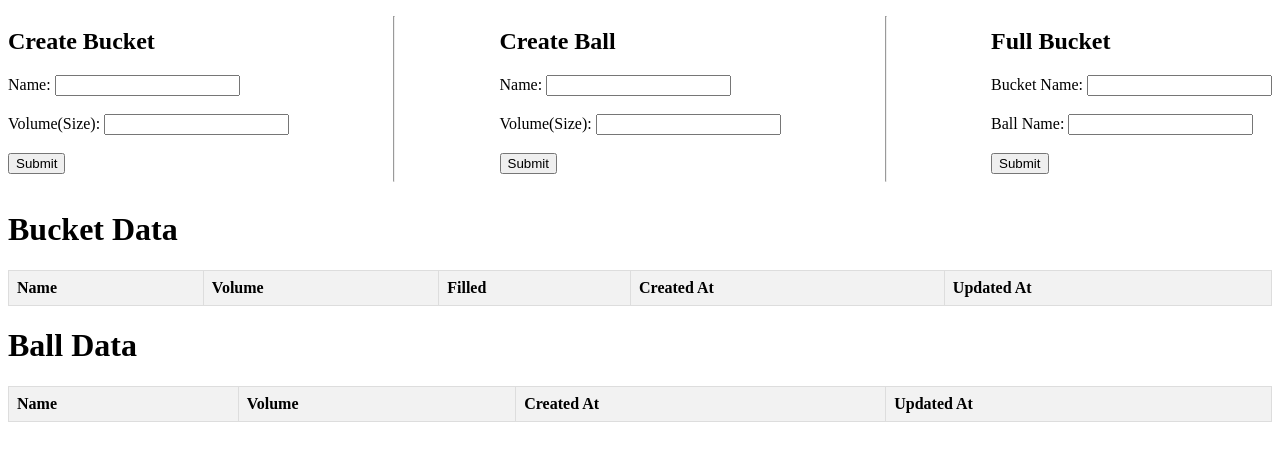
Repository: RajatPalankar8/nodejs_bucket_ball_task_new
Page: http://localhost/
These files come from the project's save history. The page is drawn as it stood at one moment and after a run of saves; the edit follows.
The browser window is 1280 px wide. The pictures show the whole page.
The page is served by the project's Node server (index.js). Other server files are loaded and not shown. Queries for data that is not in the repository find no rows.

Above is the page before, as saved 2023-07-28 11:12:08.

### views/index.ejs
<!DOCTYPE html>
<html>

<head>
  <style>
    table {
      border-collapse: collapse;
      width: 100%;
    }

    th,
    td {
      border: 1px solid #ddd;
      padding: 8px;
      text-align: left;
    }

    th {
      background-color: #f2f2f2;
    }
  </style>
  <title>Bucket Ball App</title>
</head>

<body>
  <div style="display: flex; justify-content: flex-start;">


    <form id="form1">
      <h2>Create Bucket</h2>
      <label for="name1">Name:</label>
      <input type="text" id="name" name="name" required><br><br>
      <label for="email1">Volume(Size):</label>
      <input type="text" id="vol" name="vol" required><br><br>
      <input type="submit" value="Submit">
      <p id="form1-response"></p>
    </form>
    <hr>
    <form id="form2">
      <h2>Create Ball</h2>
      <label for="name1">Name:</label>
      <input type="text" id="name" name="name" required><br><br>
      <label for="vol">Volume(Size):</label>
      <input type="text" id="vol" name="vol" required><br><br>
      <input type="submit" value="Submit">
      <p id="form2-response"></p>
    </form>
    <hr>
    <form id="form3">
      <h2>Full Bucket</h2>
      <label for="name3">Bucket Name:</label>
      <input type="text" id="bucketName" name="bucketName" required><br><br>
      <label for="vol">Ball Name:</label>
      <input type="text" id="ballName" name="ballName" required><br><br>
      <input type="submit" value="Submit">
      <p id="form3-response"></p>
    </form>
  </div>
  <h1>Bucket Data</h1>
  <table>
    <thead>
      <tr>
        <th>Name</th>
        <th>Volume</th>
        <th>Filled</th>
        <th>Created At</th>
        <th>Updated At</th>
      </tr>
    </thead>
    <tbody>
      <% buckets.forEach(bucket=> { %>
        <tr>
          <td>
            <%= bucket.name %>
          </td>
          <td>
            <%= bucket.vol %>
          </td>
          <td>
            <%= bucket.filled.join(', ') %></td>
          <td><%= bucket.createdAt.toLocaleString() %></td>
          <td><%= bucket.updatedAt.toLocaleString() %></td>
        </tr>
      <% }); %>
    </tbody>
  </table>

  <h1>Ball Data</h1>
  <table>
    <thead>
      <tr>
        <th>Name</th>
        <th>Volume</th>
        <th>Created At</th>
        <th>Updated At</th>
      </tr>
    </thead>
    <tbody>
      <% balls.forEach(ball => { %>
        <tr>
          <td><%= ball.name %></td>
          <td><%= ball.vol %></td>
          <td><%= ball.createdAt.toLocaleString() %></td>
          <td><%= ball.updatedAt.toLocaleString() %></td>
        </tr>
      <% }); %>
    </tbody>
  </table>

  <script src="https://cdn.jsdelivr.net/npm/axios/dist/axios.min.js"></script>
  <script>
    // Function to handle form submission
    function createBucketEvent(event) {
      event.preventDefault(); // Prevent the default form submission

      // Get the form data
      const form = event.target;
      const formData = new FormData(form);

      // Convert form data to JSON object
      const jsonData = {};
      formData.forEach((value, key) => {
        jsonData[key] = value;
      });

      // Make a POST request to the backend API
      axios.post(' http://localhost:3000/createBucket', jsonData).then(response => {
        // Handle the API response
        const formId = form.id;
        const responseElement = document.getElementById(`${formId}-response`);
        responseElement.textContent = response.data.message;

        setTimeout(() => {
          location.reload();
        }, 1000);
      })
        .catch(error => {
          console.error(error); // Handle any errors
        });
    }

    function createBallEvent(event) {
      event.preventDefault(); // Prevent the default form submission

      // Get the form data
      const form = event.target;
      const formData = new FormData(form);

      // Convert form data to JSON object
      const jsonData = {};
      formData.forEach((value, key) => {
        jsonData[key] = value;
      });

      // Make a POST request to the backend API
      axios.post('http://localhost:3000/createBall', jsonData)
        .then(response => {
          // Handle the API response
          const formId = form.id;
          const responseElement = document.getElementById(`${formId}-response`);
          responseElement.textContent = response.data.message;
          setTimeout(() => {
            location.reload();
          }, 1000);
        })
        .catch(error => {
          console.error(error); // Handle any errors
        });
    }

    function fillBucketEvent(event) {
      event.preventDefault(); // Prevent the default form submission

      // Get the form data
      const form = event.target;
      const formData = new FormData(form);

      // Convert form data to JSON object
      const jsonData = {};
      formData.forEach((value, key) => {
        jsonData[key] = value;
      });

      // Make a POST request to the backend API
      axios.post('http://localhost:3000/fillBucket', jsonData)
        .then(response => {
          // Handle the API response
          const formId = form.id;
          const responseElement = document.getElementById(`${formId}-response`);
          responseElement.textContent = response.data.message;
          setTimeout(() => {
            location.reload();
          }, 1000);
        })
        .catch(error => {
          console.error(error); // Handle any errors
        });
    }

    // Attach event listeners to the forms
    const form1 = document.getElementById('form1');
    form1.addEventListener('submit', createBucketEvent);

    const form2 = document.getElementById('form2');
    form2.addEventListener('submit', createBallEvent);

    const form3 = document.getElementById('form3');
    form3.addEventListener('submit', fillBucketEvent);
  </script>
</body>

</html>

### index.js
const app = require('./app');
const db = require('./config/db')
const port = 3000;
app.get('/',(req,res)=>{
    res.send('Hello World');
});

app.listen(port,()=>{
    console.log(`Server Listening on Port http://localhost:${port}`);
})

### app.js
const express = require("express");
const bodyParser = require("body-parser");
const bucketRouter = require('./routes/bucket.router');
const BucketModel = require('./model/bucket.model');
const BallModel = require('./model/ball.model');
const path = require("path");
const app = express();

app.use(bodyParser.json())
app.set("view engine", "ejs");
app.set("views", path.join(__dirname, "views"));
app.use(express.static(`${__dirname}/public`));


app.use("/", bucketRouter);

app.use("/", (req, res) => {
  BucketModel.find({})
    .then((buckets) => {
      // Render the HTML template with the fetched data
      BallModel.find({})
        .then((balls) => {
          // Render the HTML template with the fetched data
          res.render('index', { buckets, balls });
        })
        .catch((err) => {
          console.error(err);
          res.status(500).send('Internal Server Error');
        });
    })
    .catch((err) => {
      console.error(err);
      res.status(500).send('Internal Server Error');
    });
});


module.exports = app;

After the next 3 saves:
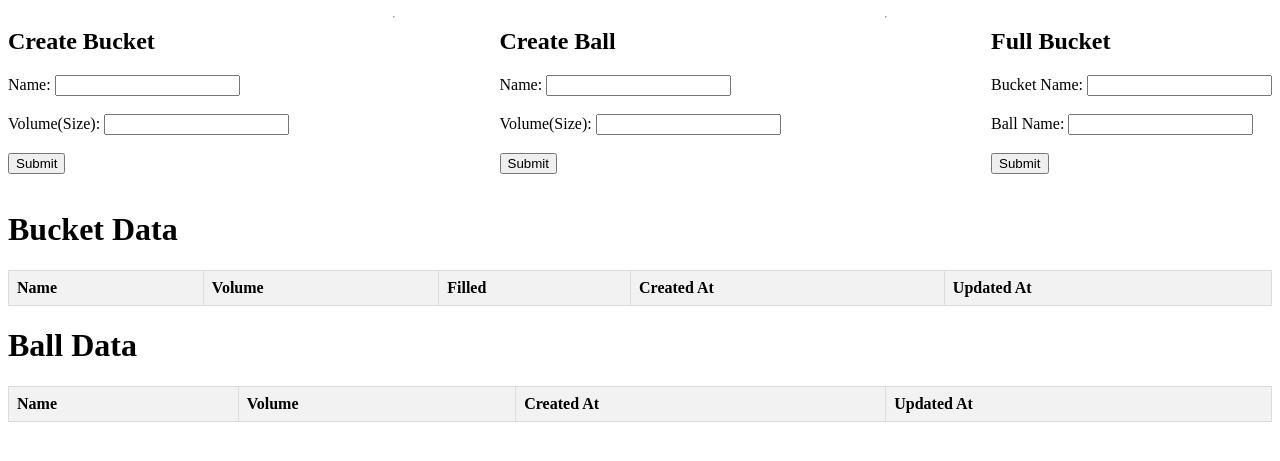
The 3 saves are shown as one change because they came seconds apart.
The last was saved 92 s later.
--- a/views/index.ejs
+++ b/views/index.ejs
@@ -23,7 +23,7 @@
 </head>
 
 <body>
-  <div style="display: flex; justify-content: flex-start;">
+  <div style="display: flex; align-items: flex-start;">
 
 
     <form id="form1">
